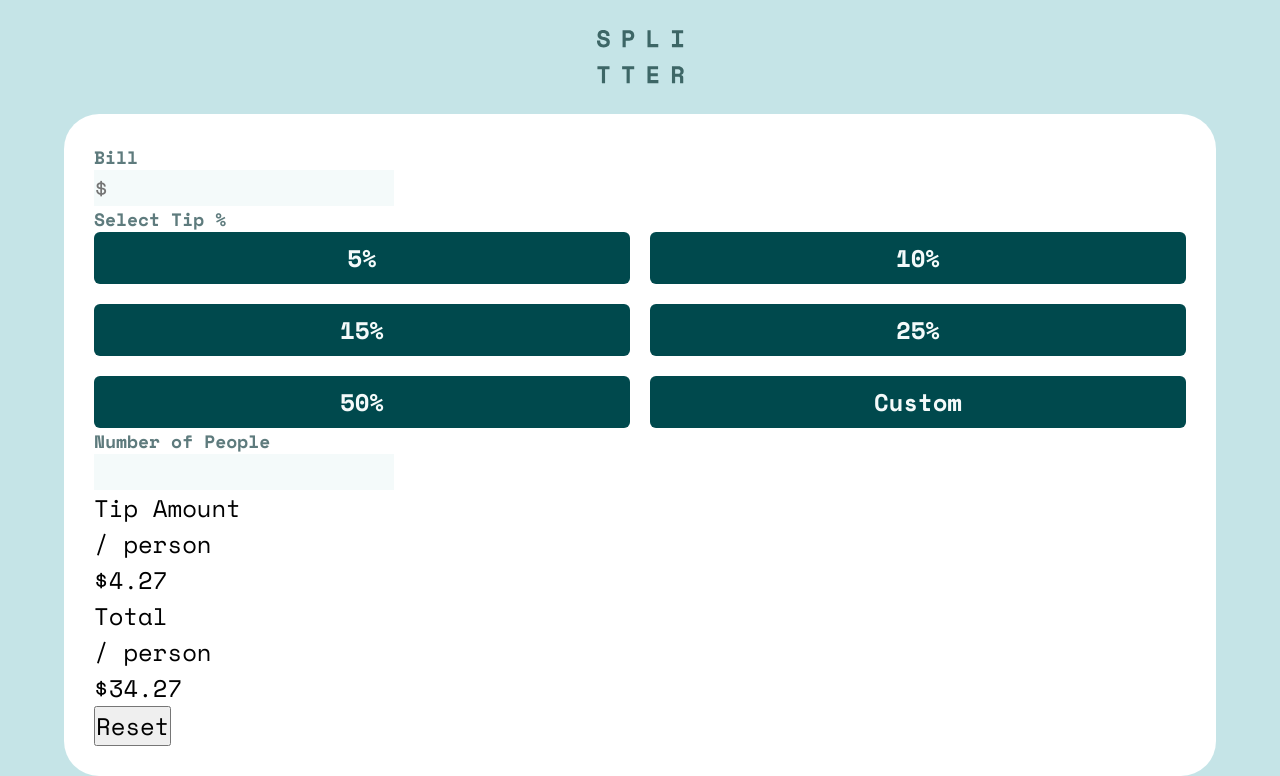
Repository: tomas938/tipcalculator
Page: /
The author's editor kept a copy of each file at every save. The page is drawn from the files as they stood at one save, then again after a run of saves.
The browser window is 1280 px wide. The pictures show the whole page.
The project was rebuilt for these pictures with package versions that can differ from the ones it lists, and the page was loaded fresh each time.

Above is the page before, as saved 2021-08-03 22:29:26.

### src/App.vue
<template>
	<router-view />
</template>

<style lang="scss">
@import url("https://fonts.googleapis.com/css2?family=Space+Mono:wght@400;700&display=swap");
$strong-cyan: hsl(172, 67%, 45%);
$dark-cyan: hsl(186, 14%, 43%);
$grayish-cyan: hsl(184, 14%, 43%);
$lower-grayish-cyan: hsl(184, 14%, 56%);
$light-grayish-cyan: hsl(185, 41%, 84%);
$lighter-grayish-cyan: hsl(189, 41%, 97%);
$white: hsl(0, 0%, 100%);
* {
	margin: 0;
	padding: 0;
	box-sizing: border-box;
	font-family: "Space Mono", monospace;
	font-size: 24px;
}
body {
	background-color: hsl(185, 41%, 84%);
}
</style>

### src/views/Home.vue
<template>
	<div class="logo">
		<splitter></splitter>
	</div>
</template>

<script>
import Splitter from "../components/Splitter.vue";
export default {
	name: "Home",
	components: {
		Splitter,
	},
};
</script>
<style lang="scss" scoped></style>

### src/components/Splitter.vue
<template>
	<div class="splitter">
		<svg xmlns="http://www.w3.org/2000/svg" width="87" height="54">
			<path
				fill="#3D6666"
				d="M6.72 17.472c.944 0 1.792-.12 2.544-.36s1.392-.584 1.92-1.032a4.476 4.476 0 001.212-1.62c.28-.632.42-1.34.42-2.124v-.288c0-1.472-.464-2.584-1.392-3.336-.928-.752-2.272-1.288-4.032-1.608a14.615 14.615 0 01-1.74-.408c-.456-.144-.824-.308-1.104-.492-.28-.184-.476-.392-.588-.624a1.771 1.771 0 01-.168-.78c0-.56.232-1.004.696-1.332.464-.328 1.096-.492 1.896-.492.944 0 1.676.248 2.196.744.52.496.78 1.08.78 1.752v.576h3.168v-.864a5 5 0 00-.396-1.968 4.762 4.762 0 00-1.176-1.656C10.436 1.08 9.792.7 9.024.42 8.256.14 7.376 0 6.384 0c-.88 0-1.676.12-2.388.36s-1.32.576-1.824 1.008c-.504.432-.896.94-1.176 1.524-.28.584-.42 1.22-.42 1.908v.144c0 .832.144 1.536.432 2.112a3.978 3.978 0 001.212 1.44c.52.384 1.132.692 1.836.924.704.232 1.48.42 2.328.564.64.112 1.168.248 1.584.408.416.16.744.34.984.54s.408.424.504.672c.096.248.144.508.144.78 0 .576-.232 1.072-.696 1.488-.464.416-1.176.624-2.136.624-1.232 0-2.14-.3-2.724-.9-.584-.6-.876-1.404-.876-2.412v-.576H0v.72c0 .88.144 1.692.432 2.436a5.47 5.47 0 001.272 1.944c.56.552 1.26.984 2.1 1.296.84.312 1.812.468 2.916.468zm22-.336V10.8h3.408c.864 0 1.616-.144 2.256-.432a4.707 4.707 0 001.596-1.14 4.833 4.833 0 00.96-1.608c.216-.6.324-1.212.324-1.836v-.576c0-.608-.108-1.204-.324-1.788a4.625 4.625 0 00-.96-1.56A4.737 4.737 0 0034.384.756c-.64-.28-1.392-.42-2.256-.42h-6.576v16.8h3.168zm3.096-9.36H28.72V3.36h3.096c.704 0 1.26.192 1.668.576.408.384.612.88.612 1.488v.288c0 .608-.204 1.104-.612 1.488-.408.384-.964.576-1.668.576zm29.464 9.36v-3.024h-7.632V.336H50.48v16.8h10.8zm24.88 0v-3.024h-4.032V3.36h4.032V.336H74.928V3.36h4.032v10.752h-4.032v3.024H86.16zm-78.096 36V39.36h4.464v-3.024H.432v3.024h4.464v13.776h3.168zm24.688 0V39.36h4.464v-3.024H25.12v3.024h4.464v13.776h3.168zm28.624 0v-3.024h-7.728v-3.888H60.8V43.2h-7.152v-3.84h7.44v-3.024H50.48v16.8h10.896zm16.744 0V46.8h3.648c.464 0 .796.12.996.36.2.24.3.552.3.936v5.04h3.168v-5.808c0-.56-.164-1.024-.492-1.392-.328-.368-.772-.584-1.332-.648v-.432c.768-.32 1.336-.78 1.704-1.38a3.63 3.63 0 00.552-1.932v-.576c0-.64-.116-1.24-.348-1.8a4.332 4.332 0 00-1.008-1.476c-.44-.424-.988-.756-1.644-.996-.656-.24-1.416-.36-2.28-.36h-6.432v16.8h3.168zm3.024-9.36H78.12V39.36h3.024c.768 0 1.352.204 1.752.612.4.408.6.892.6 1.452v.288c0 .656-.2 1.164-.6 1.524-.4.36-.984.54-1.752.54z"
			/>
		</svg>
		<div class="calculator">
			<h3>Bill</h3>
			<input type="text" placeholder="$" />
			<h3>Select Tip %</h3>
			<div class="calculator__grid">
				<div class="calculator__grid__item item-1"><p>5%</p></div>
				<div class="calculator__grid__item item-2"><p>10%</p></div>
				<div class="calculator__grid__item item-3"><p>15%</p></div>
				<div class="calculator__grid__item item-4"><p>25%</p></div>
				<div class="calculator__grid__item item-5"><p>50%</p></div>
				<div class="calculator__grid__item item-6"><p>Custom</p></div>
			</div>
			<h3>Number of People</h3>
			<input type="text" />
			<div class="calculator__result">
				<div class="result">
					<div class="information">
						<p>Tip Amount</p>
						<span>/ person</span>
					</div>
					<div class="price">
						<p>$4.27</p>
					</div>
				</div>
				<div class="result">
					<div class="information">
						<p>Total</p>
						<span>/ person</span>
					</div>
					<div class="price">
						<p>$34.27</p>
					</div>
				</div>
				<div class="result"></div>
				<button>Reset</button>
			</div>
		</div>
	</div>
</template>

<script>
export default {};
</script>

<style lang="scss" scoped>
.splitter {
	display: flex;
	flex-direction: column;
	align-items: center;
}
.calculator {
	width: 90%;
	margin: auto;
	background-color: hsl(0, 0%, 100%);
	padding: 30px;
	border-radius: 35px;
	&__grid {
		display: grid;
		grid-gap: 20px;
		grid-template-columns: repeat(2, 1fr);
		grid-template-rows: repeat(3, 1fr);
		color: hsl(189, 41%, 97%);
		font-weight: 700;
		text-align: center;
	}
	&__grid__item {
		width: 100%;
		margin: auto;
		padding: 8px 0;
		border-radius: 6px;
		background-color: hsl(183, 100%, 15%);
		&:hover {
			transition: all 0.3s ease-in-out;
			background-color: hsl(172, 67%, 45%);
			color: hsl(183, 100%, 15%);
		}
	}
	&__result {
		border-right-color: hsl(183, 100%, 15%);
	}
}
svg {
	margin: 30px 0;
}
input {
	border: none;
	outline: none;
	background-color: hsl(189, 41%, 97%);
}
h3 {
	font-size: 18px;
	color: hsl(184, 14%, 43%);
	font-weight: 700;
}
</style>

Loaded but not shown: public/index.html (common file); src/main.js (common file); src/router/index.js (common file)

After the next 2 saves:
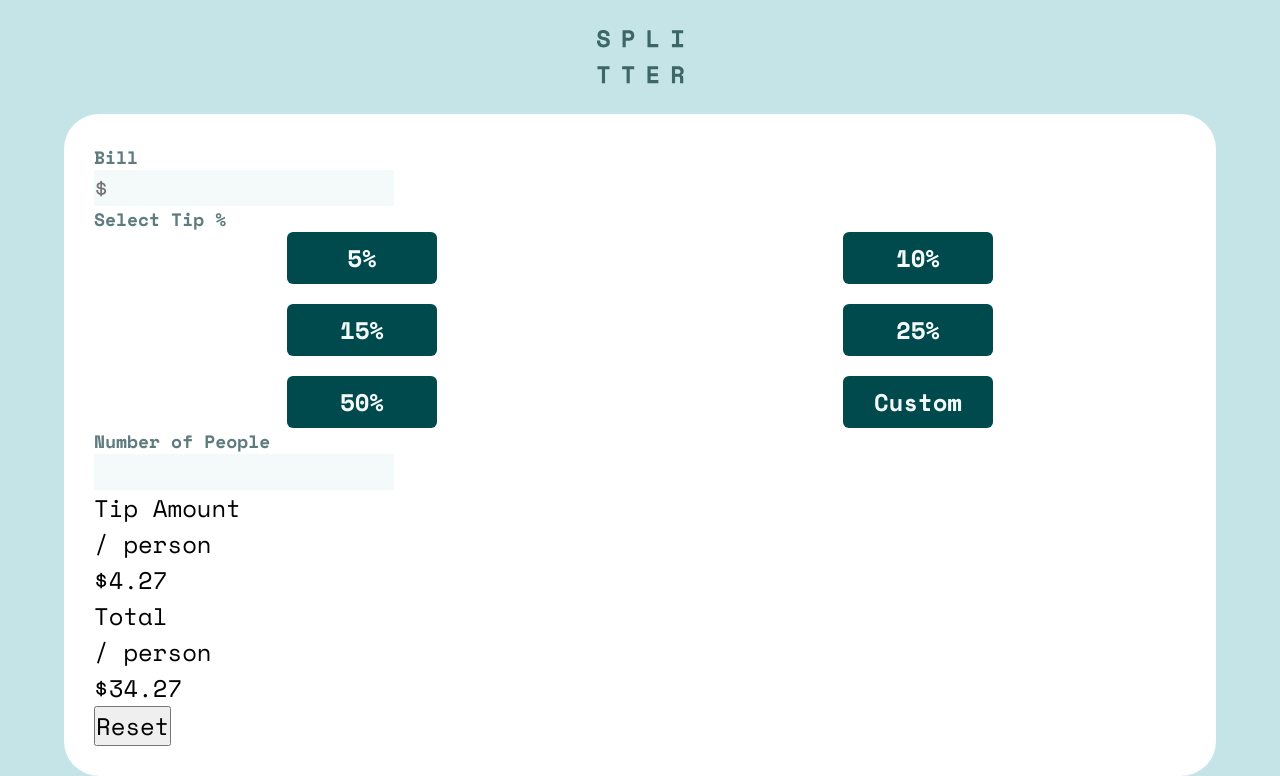
The 2 saves are shown as one change because they came seconds apart.
The last was saved 43 s later.
--- a/src/components/Splitter.vue
+++ b/src/components/Splitter.vue
@@ -72,7 +72,7 @@
 		text-align: center;
 	}
 	&__grid__item {
-		width: 100%;
+		width: 150px;
 		margin: auto;
 		padding: 8px 0;
 		border-radius: 6px;

After the save that followed:
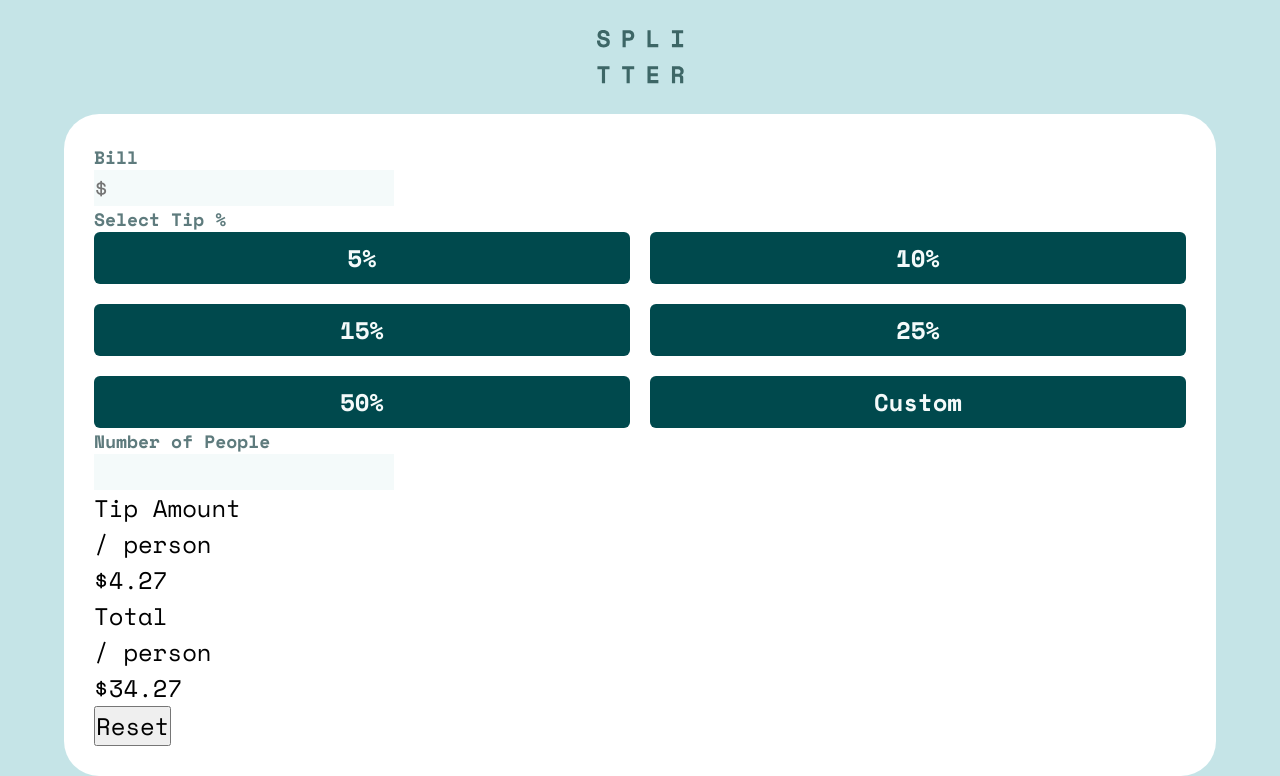
Saved 10 s later.
--- a/src/components/Splitter.vue
+++ b/src/components/Splitter.vue
@@ -72,7 +72,7 @@
 		text-align: center;
 	}
 	&__grid__item {
-		width: 150px;
+		width: 100%;
 		margin: auto;
 		padding: 8px 0;
 		border-radius: 6px;
